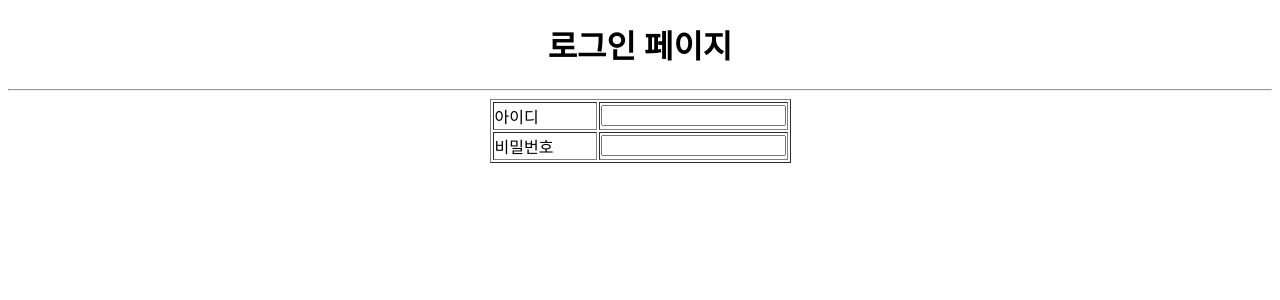
Repository: gunvv00/jsp
Page: http://localhost/DBtest/회원가입DB사용/Login.jsp
The author's editor kept a copy of each file at every save. The page is drawn from the files as they stood at one save, then again after the next save.
The browser window is 1280 px wide. The pictures show the whole page.
The page is served by Tomcat 9.

Above is the page before, as saved 2020-04-24 01:09:17.

After the next save:
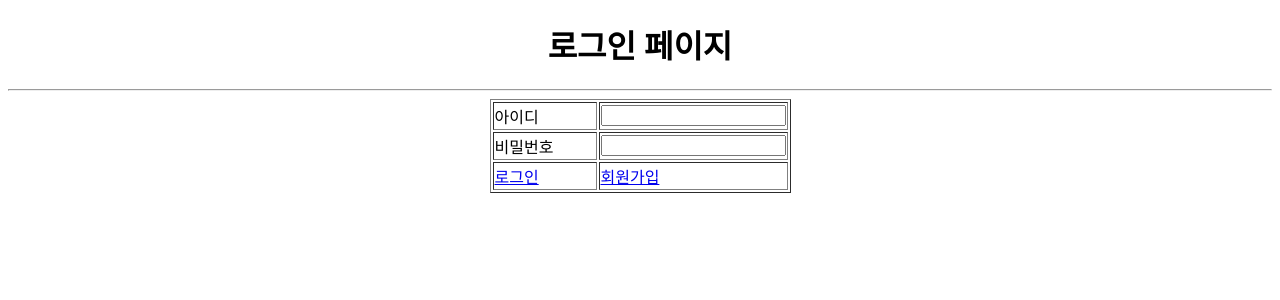
Saved 2 min 7 s later.
--- a/DBtest/WebContent/회원가입DB사용/Login.jsp
+++ b/DBtest/WebContent/회원가입DB사용/Login.jsp
@@ -18,8 +18,14 @@
 		<td width="100">아이디</td>
 		<td width="100"><input type="text" name = "id"></td>
 	</tr>
+	<tr>
 		<td>비밀번호</td>
 		<td><input type="password" name = "password"></td>
+	</tr>
+	<tr>
+		<td><a href="LoginProcess.jsp">로그인</a></td>
+		<td><a href="JoinForm.jsp">회원가입</a></td>
+	</tr>
 
 </table>
 </div>
